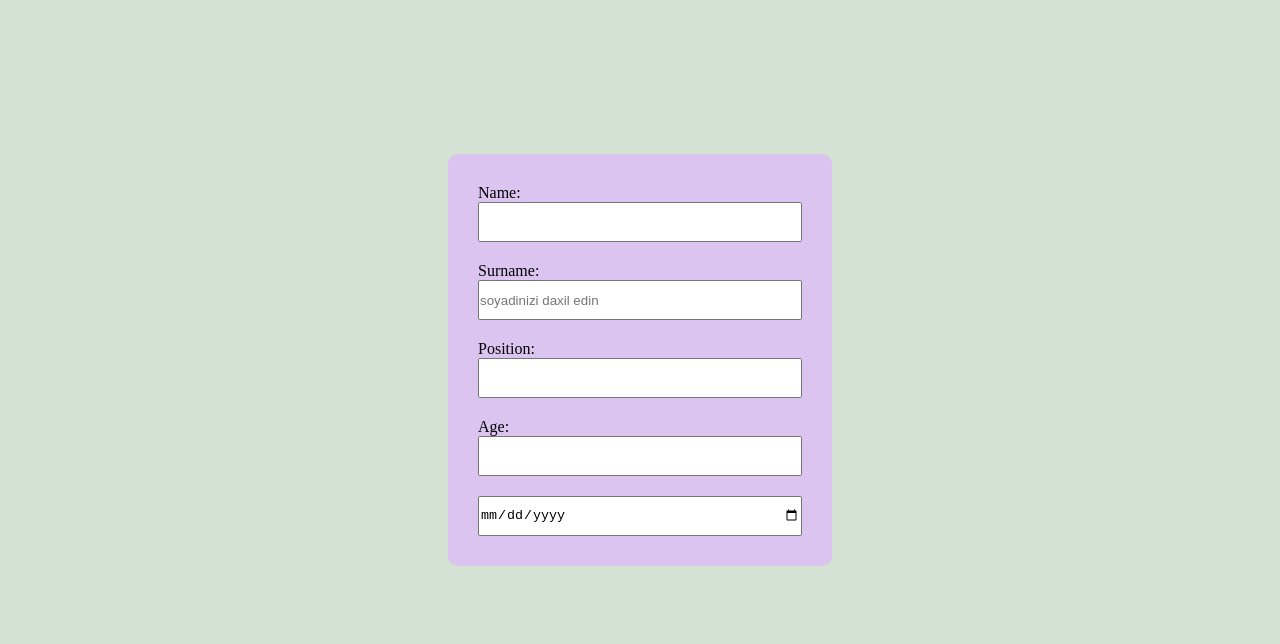
Repository: AytacSafarova/Form-lesson
Page: index.html
An editor plug-in stored every save of this project. The page is shown before and after a run of saves, followed by the edit.
The browser window is 1280 px wide. The pictures show the whole page.

Above is the page before, as saved 2023-08-29 14:38:29.

After the next 2 saves:
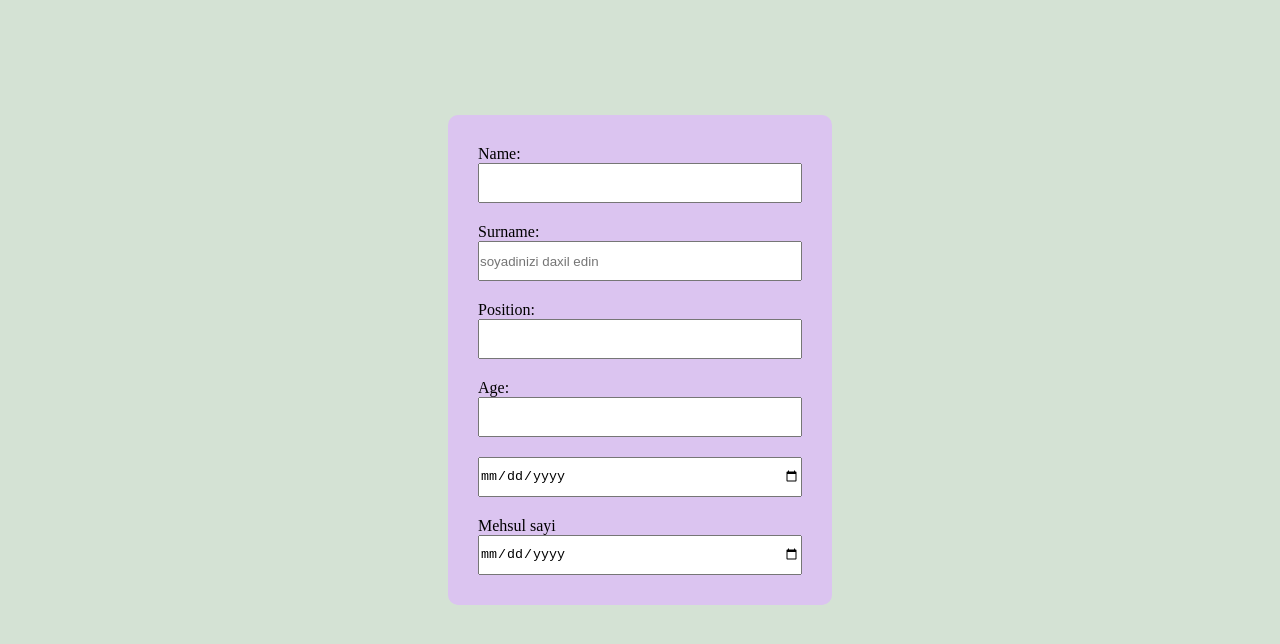
The 2 saves are shown as one change because they came seconds apart.
The last was saved 29 s later.
--- a/index.html
+++ b/index.html
@@ -28,6 +28,10 @@
             <label for="">
                 <input type="date">
             </label>
+            <label for="">
+                Mehsul sayi
+                <input type="date">
+            </label>
         </form>
     </div>
 </body>
